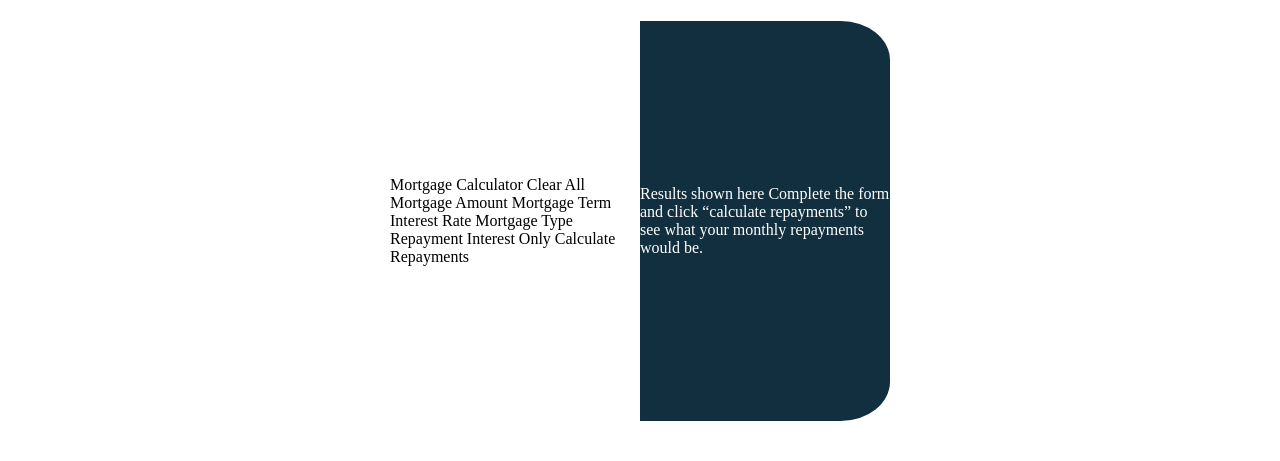
Repository: GravielPV/Mortgage-repayment-calculator
Page: index.html
These files come from the project's save history. The page is drawn as it stood at one moment and after the next save; the edit follows.
The browser window is 1280 px wide. The pictures show the whole page.

Above is the page before, as saved 2025-12-11 16:47:18.

### index.html
<!DOCTYPE html>
<html lang="en">
<head>
  <meta charset="UTF-8">
  <meta name="viewport" content="width=device-width, initial-scale=1.0"> <!-- displays site properly based on user's device -->

  <link rel="icon" type="image/png" sizes="32x32" href="./assets/images/favicon-32x32.png">
  <link rel="stylesheet" href="styles.css">
  <title>Frontend Mentor | Mortgage repayment calculator</title>


</head>
<body>
  <div class="carta">

    <div class="lado izquierdo">

  Mortgage Calculator
  Clear All

  Mortgage Amount

  Mortgage Term

  Interest Rate

  Mortgage Type
  Repayment
  Interest Only

  Calculate Repayments
  </div>

  <!-- Empty results start -->

  <div class="lado derecho">

  Results shown here

  Complete the form and click “calculate repayments” to see what
  your monthly repayments would be.
  </div>

  <!-- Empty results end -->

  <!-- Completed results start -->

  <div class="resultado">
  Your results

  Your results are shown below based on the information you provided.
  To adjust the results, edit the form and click “calculate repayments” again.

  Your monthly repayments

  Total you'll repay over the term
  </div>

  </div>

  <!-- Completed results end -->

</body>
</html>

### styles.css
.carta{
    width: 500px;
    height: 400px;
display: flex;
margin: 20px auto;
border-radius: 10%;
border: 1px solid white;

 overflow: hidden;
}

.lado{
    width: 50%;                  /* 2 columnas iguales */
    display: flex;
    align-items: center;
    justify-content: center;
}

.izquierdo{
display: flex;
    background-color: rgb(255, 255, 255);
}

.derecho{

    background-color: hsl(202, 55%, 16%);
    color: white;
}

.resultado{
    display: none;
}

After the next save:
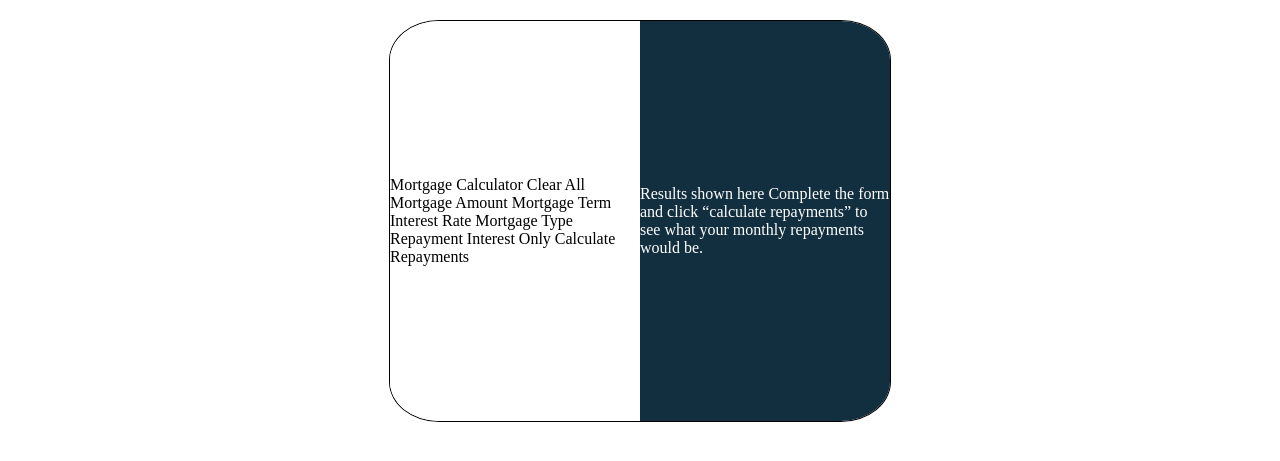
Saved 7 s later.
--- a/styles.css
+++ b/styles.css
@@ -4,7 +4,7 @@
 display: flex;
 margin: 20px auto;
 border-radius: 10%;
-border: 1px solid white;
+border: 1px solid rgb(0, 0, 0);
 
  overflow: hidden;
 }
